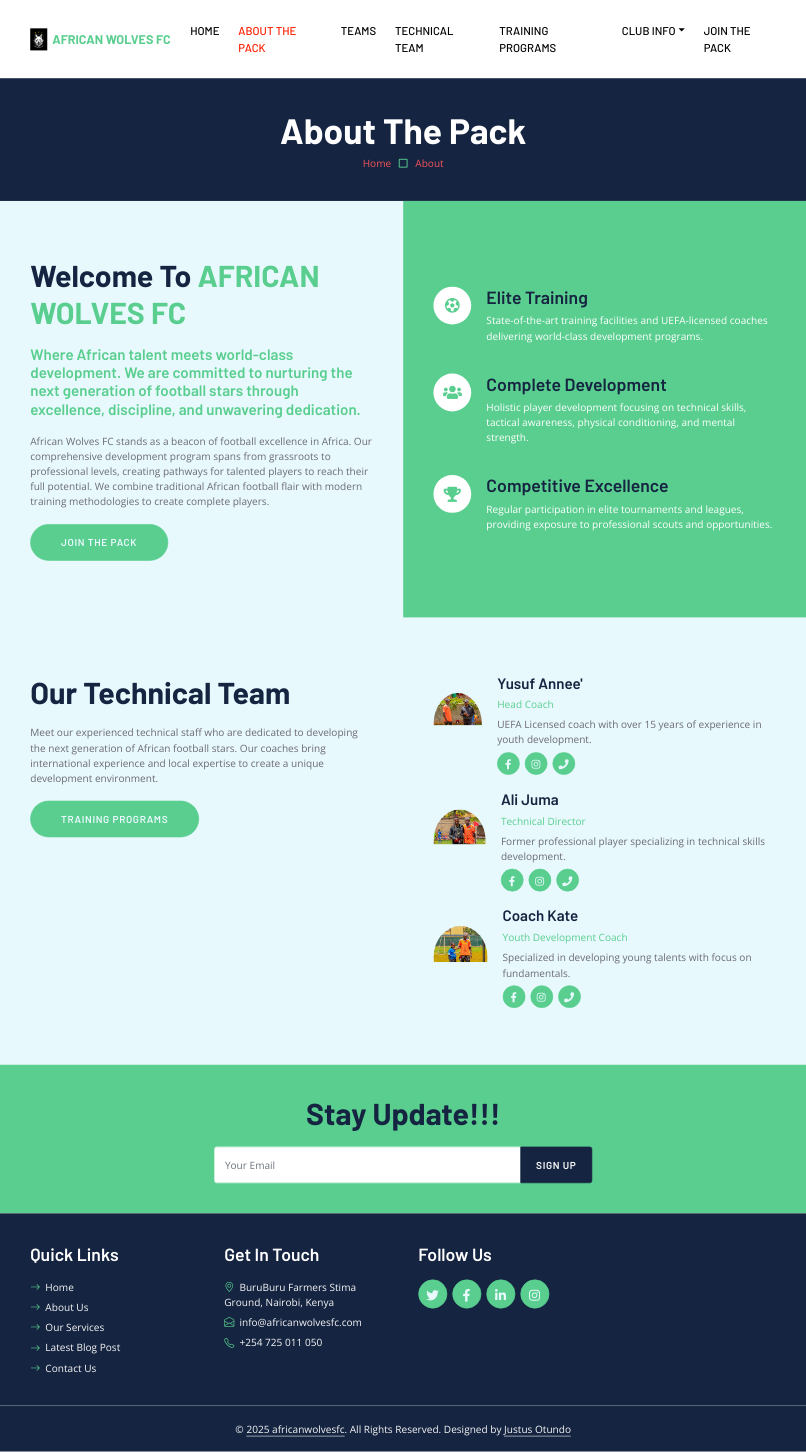
Repository: Justus-Otundo/uleziborafc
Page: about.html
These files come from the project's save history. The page is drawn as it stood at one moment and after the next save; the edit follows.
The browser window is 1280 px wide. The pictures show the whole page, at 63% of full size.
Some web libraries are served in a nearby version.

Above is the page before, as saved 2025-06-11 13:41:04.

### about.html
<!DOCTYPE html>
<html lang="en">

<head>
    <meta charset="utf-8">
    <title>About Us - African Wolves FC</title>
    <meta content="width=device-width, initial-scale=1.0" name="viewport">
    <meta content="African Football Club, Youth Development, Professional Football" name="keywords">
    <meta content="African Wolves FC - Developing the next generation of football talent" name="description">

    <!-- Favicon -->
    <link href="img/favicon.ico" rel="icon">

    <!-- Google Web Fonts -->
    <link rel="preconnect" href="https://fonts.googleapis.com">
    <link rel="preconnect" href="https://fonts.gstatic.com" crossorigin>
    <link href="https://fonts.googleapis.com/css2?family=Barlow:wght@500;600;700&family=Open+Sans:wght@400;600&display=swap" rel="stylesheet">

    <!-- Icon Font Stylesheet -->
    <link href="https://cdnjs.cloudflare.com/ajax/libs/font-awesome/5.10.0/css/all.min.css" rel="stylesheet">
    <link href="https://cdn.jsdelivr.net/npm/bootstrap-icons@1.4.1/font/bootstrap-icons.css" rel="stylesheet">

    <!-- Libraries Stylesheet -->
    <link href="lib/owlcarousel/assets/owl.carousel.min.css" rel="stylesheet">

    <!-- Customized Bootstrap Stylesheet -->
    <link href="css/bootstrap.min.css" rel="stylesheet">

    <!-- Template Stylesheet -->
    <link href="css/style.css" rel="stylesheet">
</head>

<div>

    <!-- Navbar Start -->
    <div id="navbar"></div>

<!-- Add this just before the closing body tag -->
<script src="https://code.jquery.com/jquery-3.4.1.min.js"></script>
<script>
    $(document).ready(function(){
        $("#navbar").load("navbar.html", function() {
            // Get current page filename
            var currentPage = window.location.pathname.split("/").pop();

            // Remove active class from all links
            $('.nav-link').removeClass('active');

            // Add active class to current page link
            $('.nav-link[href="' + currentPage + '"]').addClass('active');

            // Handle empty pathname (index)
            if(currentPage === "" || currentPage === "/") {
                $('.nav-link[href="index.html"]').addClass('active');
            }
        });
    });
</script>
    <!-- Navbar End -->

<!-- content wrapper start -->
 <class class="content-wrapper">
    <!-- Page Header Start -->
    <div class="container-fluid bg-dark p-5">
        <div class="row">
            <div class="col-12 text-center">
                <h1 class="display-4 text-white">About The Pack</h1>
                <a href="index.html">Home</a>
                <i class="far fa-square text-primary px-2"></i>
                <a href="about.html">About</a>
            </div>
        </div>
    </div>
    <!-- Page Header End -->


     <!-- About Start -->
<div class="container-fluid bg-secondary p-0">
    <div class="row g-0">
        <div class="col-lg-6 py-6 px-5">
            <h1 class="display-5 mb-4">Welcome To <span class="text-primary">AFRICAN WOLVES FC</span></h1>
            <h4 class="text-primary mb-4">Where African talent meets world-class development. We are committed to nurturing the next generation of football stars through excellence, discipline, and unwavering dedication.</h4>
            <p class="mb-4">African Wolves FC stands as a beacon of football excellence in Africa. Our comprehensive development program spans from grassroots to professional levels, creating pathways for talented players to reach their full potential. We combine traditional African football flair with modern training methodologies to create complete players.</p>
            <a href="registration.html" class="btn btn-primary py-md-3 px-md-5 rounded-pill">Join The Pack</a>
        </div>
        <div class="col-lg-6">
            <div class="h-100 d-flex flex-column justify-content-center bg-primary p-5">
                <div class="d-flex text-white mb-5">
                    <div class="d-flex flex-shrink-0 align-items-center justify-content-center bg-white text-primary rounded-circle mx-auto mb-4" style="width: 60px; height: 60px;">
                        <i class="fas fa-futbol fs-4"></i>
                    </div>
                    <div class="ps-4">
                        <h3>Elite Training</h3>
                        <p class="mb-0">State-of-the-art training facilities and UEFA-licensed coaches delivering world-class development programs.</p>
                    </div>
                </div>
                <div class="d-flex text-white mb-5">
                    <div class="d-flex flex-shrink-0 align-items-center justify-content-center bg-white text-primary rounded-circle mx-auto mb-4" style="width: 60px; height: 60px;">
                        <i class="fas fa-users fs-4"></i>
                    </div>
                    <div class="ps-4">
                        <h3>Complete Development</h3>
                        <p class="mb-0">Holistic player development focusing on technical skills, tactical awareness, physical conditioning, and mental strength.</p>
                    </div>
                </div>
                <div class="d-flex text-white">
                    <div class="d-flex flex-shrink-0 align-items-center justify-content-center bg-white text-primary rounded-circle mx-auto mb-4" style="width: 60px; height: 60px;">
                        <i class="fas fa-trophy fs-4"></i>
                    </div>
                    <div class="ps-4">
                        <h3>Competitive Excellence</h3>
                        <p class="mb-0">Regular participation in elite tournaments and leagues, providing exposure to professional scouts and opportunities.</p>
                    </div>
                </div>
            </div>
        </div>
    </div>
</div>
<!-- About End -->



    <!-- Team Start -->
<div class="container-fluid bg-secondary px-0">
    <div class="row g-0">
        <div class="col-lg-6 py-6 px-5">
            <h1 class="display-5 mb-4">Our Technical Team</h1>
            <p class="mb-4">Meet our experienced technical staff who are dedicated to developing the next generation of African football stars. Our coaches bring international experience and local expertise to create a unique development environment.</p>
            <a href="trainingprograms.html" class="btn btn-primary py-md-3 px-md-5 rounded-pill">Training Programs</a>
        </div>
        <div class="col-lg-6 py-6 px-5">
            <div class="row g-4">
                <div class="col-12">
                    <div class="d-flex align-items-center">
                        <div class="rounded-circle overflow-hidden" style="width: 100px; height: 100px;">
                            <img class="img-fluid" src="img/coach-1.jpg" alt="Coach">
                        </div>
                        <div class="ps-4">
                            <h4>Yusuf Annee'</h4>
                            <p class="text-primary mb-2">Head Coach</p>
                            <p class="mb-2">UEFA Licensed coach with over 15 years of experience in youth development.</p>
                            <div class="d-flex">
                                <a class="btn btn-square btn-primary rounded-circle me-2" href="#"><i class="fab fa-facebook-f"></i></a>
                                <a class="btn btn-square btn-primary rounded-circle me-2" href="#"><i class="fab fa-instagram"></i></a>
                                <a class="btn btn-square btn-primary rounded-circle" href="tel:+254799993420"><i class="fas fa-phone"></i></a>
                            </div>
                        </div>
                    </div>
                </div>
                <div class="col-12">
                    <div class="d-flex align-items-center">
                        <div class="rounded-circle overflow-hidden" style="width: 100px; height: 100px;">
                            <img class="img-fluid" src="img/coach-2.jpg" alt="Coach">
                        </div>
                        <div class="ps-4">
                            <h4>Ali Juma</h4>
                            <p class="text-primary mb-2">Technical Director</p>
                            <p class="mb-2">Former professional player specializing in technical skills development.</p>
                            <div class="d-flex">
                                <a class="btn btn-square btn-primary rounded-circle me-2" href="#"><i class="fab fa-facebook-f"></i></a>
                                <a class="btn btn-square btn-primary rounded-circle me-2" href="#"><i class="fab fa-instagram"></i></a>
                                <a class="btn btn-square btn-primary rounded-circle" href="tel:+254799993420"><i class="fas fa-phone"></i></a>
                            </div>
                        </div>
                    </div>
                </div>
                <div class="col-12">
                    <div class="d-flex align-items-center">
                        <div class="rounded-circle overflow-hidden" style="width: 100px; height: 100px;">
                            <img class="img-fluid" src="img/coach-3.jpg" alt="Coach">
                        </div>
                        <div class="ps-4">
                            <h4>Coach Kate</h4>
                            <p class="text-primary mb-2">Youth Development Coach</p>
                            <p class="mb-2">Specialized in developing young talents with focus on fundamentals.</p>
                            <div class="d-flex">
                                <a class="btn btn-square btn-primary rounded-circle me-2" href="#"><i class="fab fa-facebook-f"></i></a>
                                <a class="btn btn-square btn-primary rounded-circle me-2" href="#"><i class="fab fa-instagram"></i></a>
                                <a class="btn btn-square btn-primary rounded-circle" href="tel:+254799993420"><i class="fas fa-phone"></i></a>
                            </div>
                        </div>
                    </div>
                </div>
            </div>
        </div>
    </div>
</div>
<!-- Team End -->





    <!-- Back to Top -->
    <a href="#" class="btn btn-lg btn-primary btn-lg-square rounded-circle back-to-top"><i class="bi bi-arrow-up"></i></a>


    <!-- Include Footer -->
  <div id="footer"></div>

  <!-- JavaScript Libraries -->
  <script src="https://code.jquery.com/jquery-3.4.1.min.js"></script>
  <script src="https://cdn.jsdelivr.net/npm/bootstrap@5.0.0/dist/js/bootstrap.bundle.min.js"></script>
  <script src="lib/easing/easing.min.js"></script>
  <script src="lib/waypoints/waypoints.min.js"></script>
  <script src="lib/owlcarousel/owl.carousel.min.js"></script>

  <!-- Template Javascript -->
  <script src="js/main.js"></script>
  <script>
      $(document).ready(function(){
          $("#footer").load("footer.html");
      });
  </script>
</body>

</html>

### navbar.html
<nav class="navbar navbar-expand-lg bg-white navbar-light shadow-sm px-5 py-3 py-lg-0 fixed-top">
    <a href="index.html" class="navbar-brand p-0 d-flex align-items-center">
        <img src="img/wolves-logo.jpeg" alt="African Wolves FC Logo" class="navbar-logo me-2">
        <h1 class="brand-text m-0 text-uppercase text-primary">African Wolves FC</h1>
    </a>
    <button class="navbar-toggler" type="button" data-bs-toggle="collapse" data-bs-target="#navbarCollapse">
        <span class="navbar-toggler-icon"></span>
    </button>
    <div class="collapse navbar-collapse" id="navbarCollapse">
        <div class="navbar-nav ms-auto py-0 me-n3">
            <a href="index.html" class="nav-item nav-link">Home</a>
            <a href="about.html" class="nav-item nav-link">About The Pack</a>
            <a href="service.html" class="nav-item nav-link">Teams</a>
            <a href="coachingstaff.html" class="nav-item nav-link">Technical Team</a>
            <a href="trainingprograms.html" class="nav-item nav-link">Training Programs</a>
            <div class="nav-item dropdown">
                <a href="#" class="nav-link dropdown-toggle" data-bs-toggle="dropdown">Club Info</a>
                <div class="dropdown-menu m-0">
                    <a href="news.html" class="dropdown-item">Club News</a>
                    <a href="matches.html" class="dropdown-item">Matches & Results</a>
                    <a href="academy.html" class="dropdown-item">Academy</a>
                    <a href="registration.html" class="dropdown-item">Player Registration</a>
                    <a href="testimonial.html" class="dropdown-item">Success Stories</a>
                </div>
            </div>
            <a href="contact.html" class="nav-item nav-link">Join The Pack</a>
        </div>
    </div>
</nav>

### footer.html
<!-- Footer Start -->
<div class="container-fluid bg-primary text-secondary p-5">
    <div class="row g-5">
        <div class="col-12 text-center">
            <h1 class="display-5 mb-4">Stay Update!!!</h1>
            <form class="mx-auto" style="max-width: 600px;">
                <div class="input-group">
                    <input type="text" class="form-control border-white p-3" placeholder="Your Email">
                    <button class="btn btn-dark px-4">Sign Up</button>
                </div>
            </form>
        </div>
    </div>
</div>
<div class="container-fluid bg-dark text-secondary p-5">
    <div class="row g-5">
        <div class="col-lg-3 col-md-6">
            <h3 class="text-white mb-4">Quick Links</h3>
            <div class="d-flex flex-column justify-content-start">
                <a class="text-secondary mb-2" href="#"><i class="bi bi-arrow-right text-primary me-2"></i>Home</a>
                <a class="text-secondary mb-2" href="#"><i class="bi bi-arrow-right text-primary me-2"></i>About Us</a>
                <a class="text-secondary mb-2" href="#"><i class="bi bi-arrow-right text-primary me-2"></i>Our Services</a>
                <a class="text-secondary mb-2" href="#"><i class="bi bi-arrow-right text-primary me-2"></i>Latest Blog Post</a>
                <a class="text-secondary" href="#"><i class="bi bi-arrow-right text-primary me-2"></i>Contact Us</a>
            </div>
        </div>
        <div class="col-lg-3 col-md-6">
            <h3 class="text-white mb-4">Get In Touch</h3>
            <p class="mb-2"><i class="bi bi-geo-alt text-primary me-2"></i>BuruBuru Farmers Stima Ground, Nairobi, Kenya</p>
            <p class="mb-2"><i class="bi bi-envelope-open text-primary me-2"></i>info@africanwolvesfc.com</p>
            <p class="mb-0"><i class="bi bi-telephone text-primary me-2"></i>+254 725 011 050</p>
        </div>
        <div class="col-lg-3 col-md-6">
            <h3 class="text-white mb-4">Follow Us</h3>
            <div class="d-flex">
                <a class="btn btn-lg btn-primary btn-lg-square rounded-circle me-2" href="#"><i class="fab fa-twitter fw-normal"></i></a>
                <a class="btn btn-lg btn-primary btn-lg-square rounded-circle me-2" href="#"><i class="fab fa-facebook-f fw-normal"></i></a>
                <a class="btn btn-lg btn-primary btn-lg-square rounded-circle me-2" href="#"><i class="fab fa-linkedin-in fw-normal"></i></a>
                <a class="btn btn-lg btn-primary btn-lg-square rounded-circle" href="#"><i class="fab fa-instagram fw-normal"></i></a>
            </div>
        </div>
    </div>
</div>
<div class="container-fluid bg-dark text-secondary text-center border-top py-4 px-5" style="border-color: rgba(256, 256, 256, .1) !important;">
    <p class="m-0">&copy; <a class="text-secondary border-bottom" href="#">2025 africanwolvesfc</a>. All Rights Reserved. Designed by <a class="text-secondary border-bottom" href="https://justus-otundo.github.io/justus-otundo/">Justus Otundo</a></p>
</div>
<!-- Footer End -->

Loaded but not shown: lib/owlcarousel/assets/owl.carousel.min.css (common file); css/bootstrap.min.css (library); lib/easing/easing.min.js (common file); lib/waypoints/waypoints.min.js (library); lib/owlcarousel/owl.carousel.min.js (library); js/main.js (61 lines, source omitted); css/style.css (429 lines, source omitted)

After the next save:
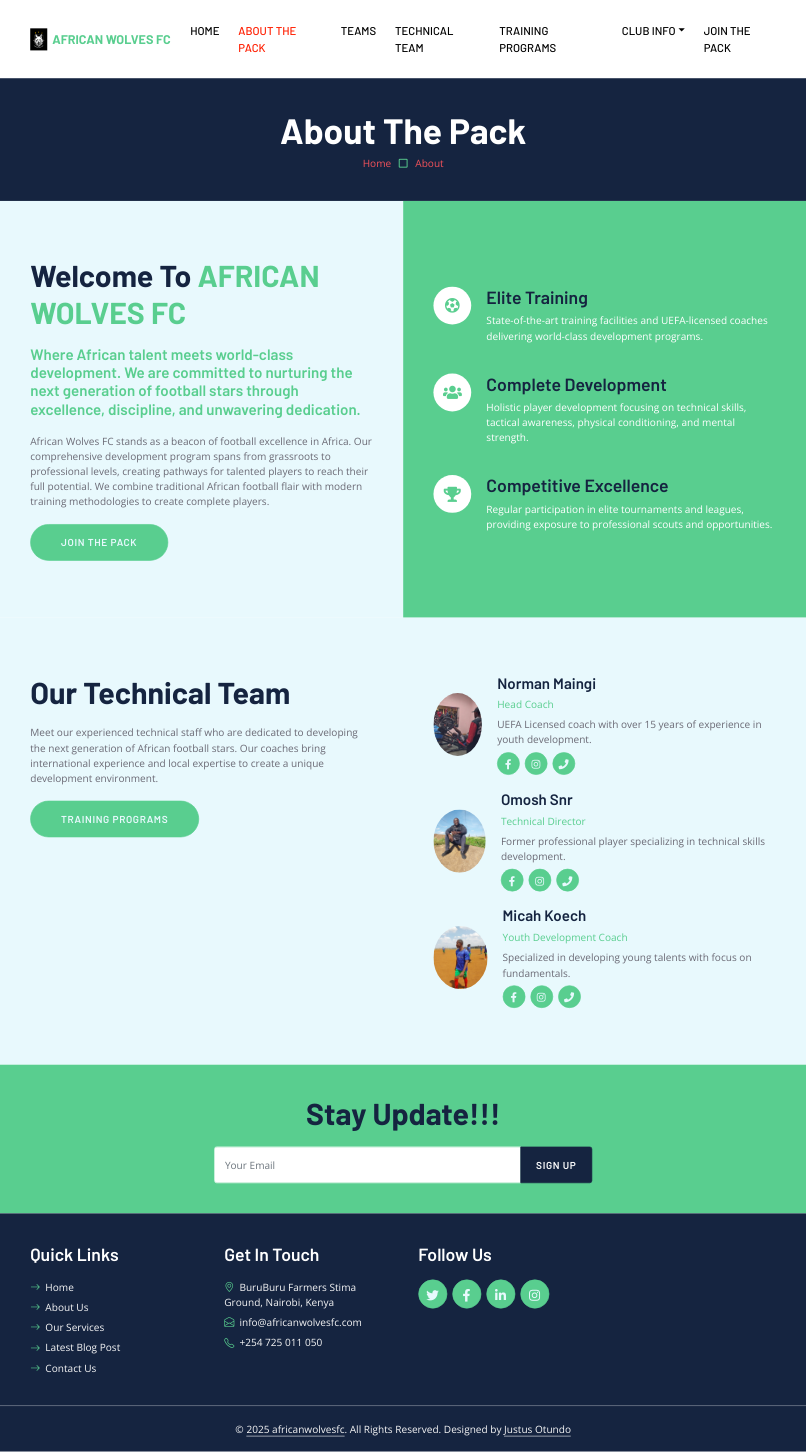
Saved 111 s later.
--- a/about.html
+++ b/about.html
@@ -133,10 +133,10 @@
                 <div class="col-12">
                     <div class="d-flex align-items-center">
                         <div class="rounded-circle overflow-hidden" style="width: 100px; height: 100px;">
-                            <img class="img-fluid" src="img/coach-1.jpg" alt="Coach">
+                            <img class="img-fluid" src="img/coachmaingi.jpeg" alt="Coach">
                         </div>
                         <div class="ps-4">
-                            <h4>Yusuf Annee'</h4>
+                            <h4>Norman Maingi</h4>
                             <p class="text-primary mb-2">Head Coach</p>
                             <p class="mb-2">UEFA Licensed coach with over 15 years of experience in youth development.</p>
                             <div class="d-flex">
@@ -150,10 +150,10 @@
                 <div class="col-12">
                     <div class="d-flex align-items-center">
                         <div class="rounded-circle overflow-hidden" style="width: 100px; height: 100px;">
-                            <img class="img-fluid" src="img/coach-2.jpg" alt="Coach">
+                            <img class="img-fluid" src="img/omosh.jpeg" alt="Coach">
                         </div>
                         <div class="ps-4">
-                            <h4>Ali Juma</h4>
+                            <h4>Omosh Snr</h4>
                             <p class="text-primary mb-2">Technical Director</p>
                             <p class="mb-2">Former professional player specializing in technical skills development.</p>
                             <div class="d-flex">
@@ -167,10 +167,10 @@
                 <div class="col-12">
                     <div class="d-flex align-items-center">
                         <div class="rounded-circle overflow-hidden" style="width: 100px; height: 100px;">
-                            <img class="img-fluid" src="img/coach-3.jpg" alt="Coach">
+                            <img class="img-fluid" src="img/micah.jpeg" alt="Coach">
                         </div>
                         <div class="ps-4">
-                            <h4>Coach Kate</h4>
+                            <h4>Micah Koech</h4>
                             <p class="text-primary mb-2">Youth Development Coach</p>
                             <p class="mb-2">Specialized in developing young talents with focus on fundamentals.</p>
                             <div class="d-flex">
